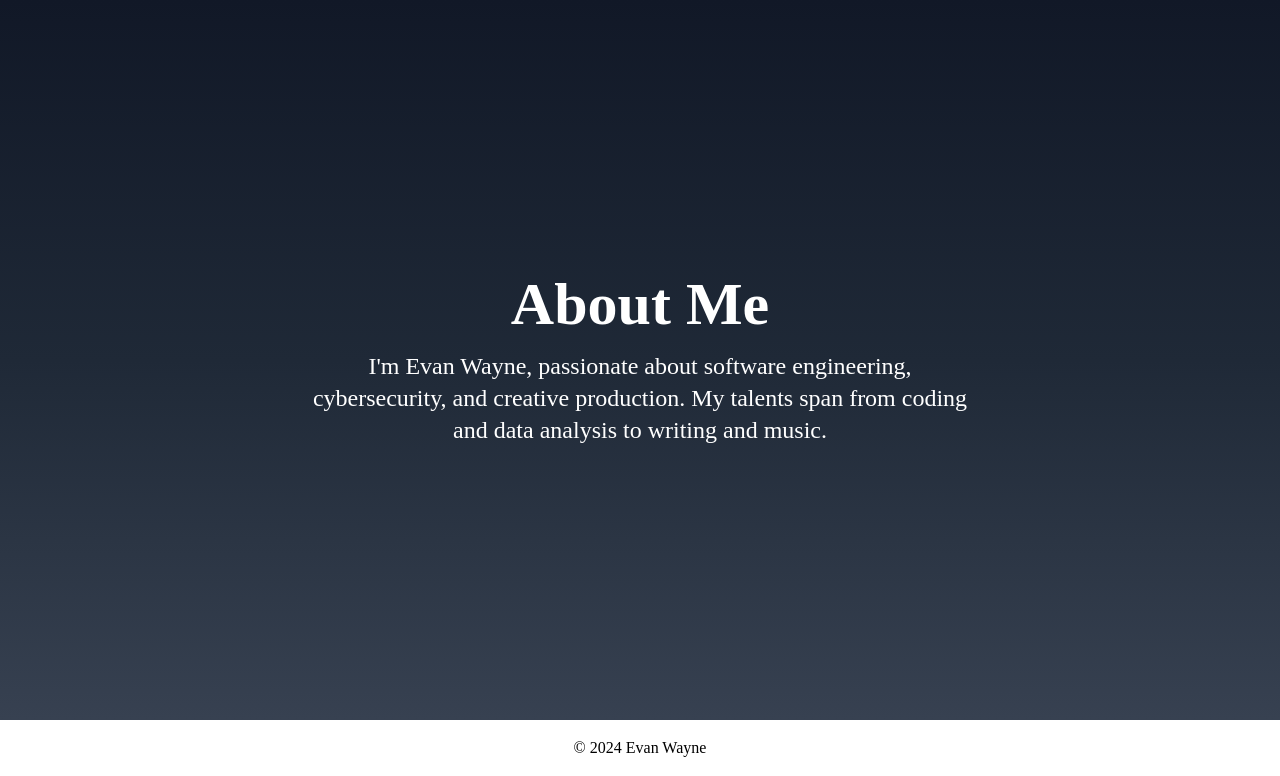
Repository: evnwyn/Evan-Wayne-s-Portfolio
Page: /about
These files come from the project's save history. The page is drawn as it stood at one moment and after the next save; the edit follows.
The browser window is 1280 px wide. The pictures show the whole page.
The project was rebuilt for these pictures with package versions that can differ from the ones it lists, and the page was loaded fresh each time. The framework's server and built-in components were replaced by stand-ins that run in the browser. Also part of the build but not shown: next.config.js.

Above is the page before, as saved 2024-10-09 20:14:59.

After the next save:
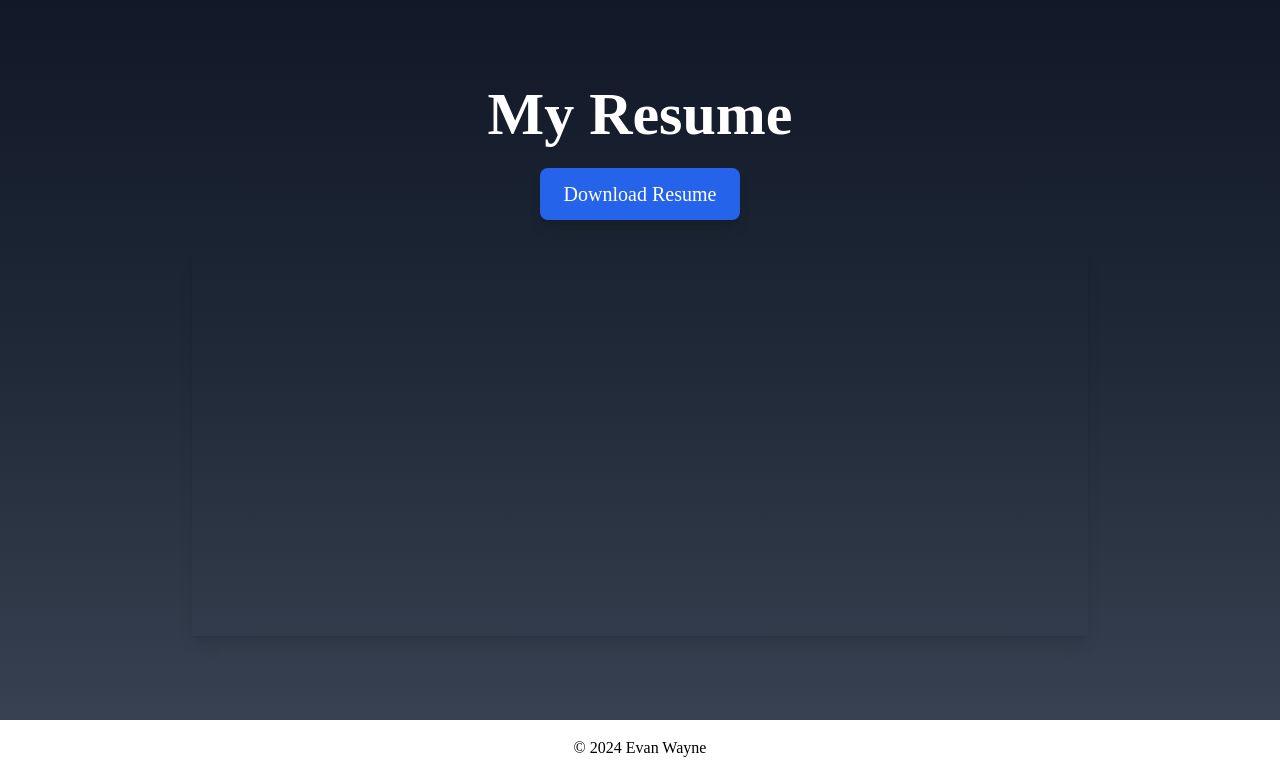
Saved 32 s later.
--- a/src/app/about/page.tsx
+++ b/src/app/about/page.tsx
@@ -1,16 +1,25 @@
-// app/about/page.tsx
+// app/resume/page.tsx
 
 import React from 'react';
 
-export default function About() {
+export default function Resume() {
   return (
     <div className="min-h-screen flex flex-col items-center justify-center p-8 bg-gradient-to-b from-gray-900 via-gray-800 to-gray-700">
-      <h1 className="text-6xl font-bold text-white mb-4 transition-all duration-500 hover:text-gray-300">
-        About Me
+      <h1 className="text-6xl font-bold text-white mb-6 transition-all duration-500 hover:text-gray-300">
+        My Resume
       </h1>
-      <p className="text-2xl text-center text-white max-w-2xl transition-all duration-500 hover:text-gray-400">
-        I'm Evan Wayne, passionate about software engineering, cybersecurity, and creative production. My talents span from coding and data analysis to writing and music.
-      </p>
+      <a
+        href="/Evan Wayne's Resume 09:10:2024.pdf" // Ensure this points to the correct resume file in the public folder
+        download
+        className="bg-blue-600 text-white text-xl px-6 py-3 rounded-lg shadow-lg transform hover:bg-blue-700 hover:scale-110 transition-transform duration-500 ease-out hover:shadow-xl"
+      >
+        Download Resume
+      </a>
+      <iframe
+        src="/Evan Wayne's Resume 09:10:2024.pdf" // Embedding the resume for inline viewing
+        className="mt-8 w-full max-w-4xl h-96 border-0 shadow-lg"
+        title="Resume PDF"
+      />
     </div>
   );
 }

After the save that followed:
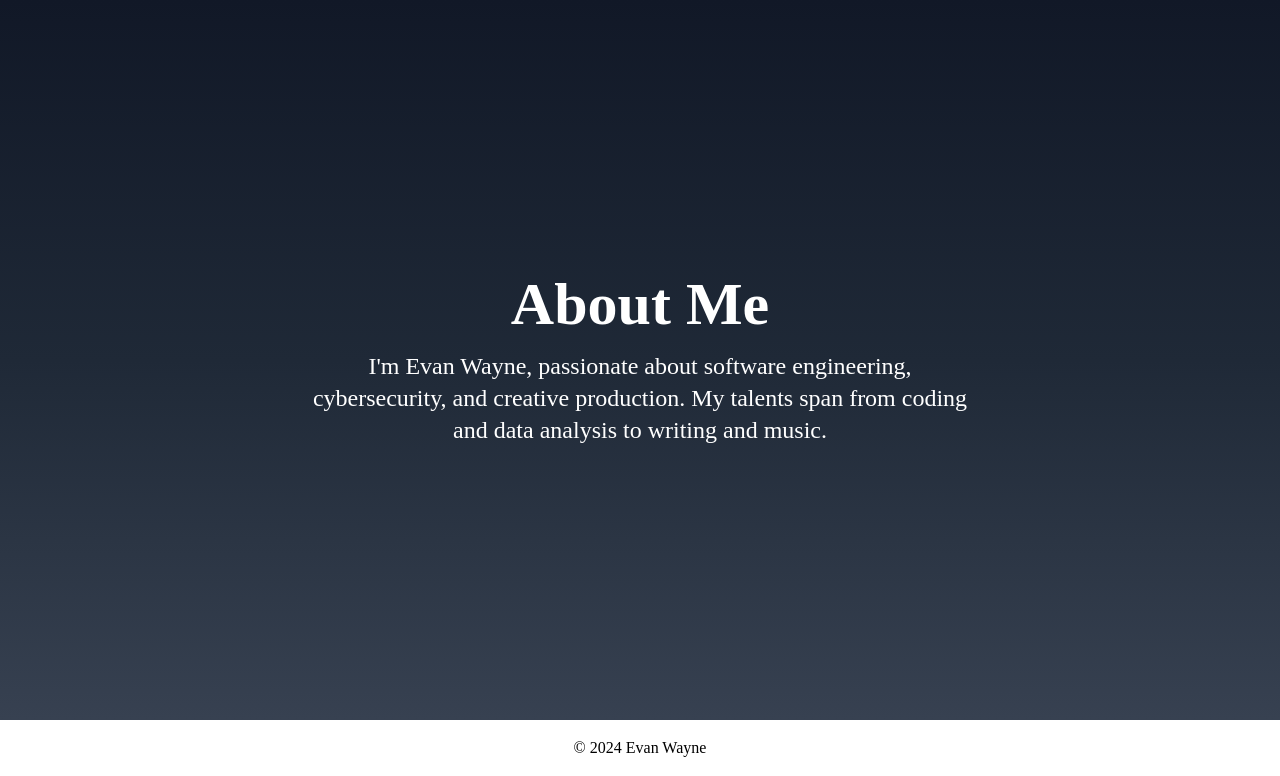
Saved 32 s later.
--- a/src/app/about/page.tsx
+++ b/src/app/about/page.tsx
@@ -1,25 +1,16 @@
-// app/resume/page.tsx
+// app/about/page.tsx
 
 import React from 'react';
 
-export default function Resume() {
+export default function About() {
   return (
     <div className="min-h-screen flex flex-col items-center justify-center p-8 bg-gradient-to-b from-gray-900 via-gray-800 to-gray-700">
-      <h1 className="text-6xl font-bold text-white mb-6 transition-all duration-500 hover:text-gray-300">
-        My Resume
+      <h1 className="text-6xl font-bold text-white mb-4 transition-all duration-500 hover:text-gray-300">
+        About Me
       </h1>
-      <a
-        href="/Evan Wayne's Resume 09:10:2024.pdf" // Ensure this points to the correct resume file in the public folder
-        download
-        className="bg-blue-600 text-white text-xl px-6 py-3 rounded-lg shadow-lg transform hover:bg-blue-700 hover:scale-110 transition-transform duration-500 ease-out hover:shadow-xl"
-      >
-        Download Resume
-      </a>
-      <iframe
-        src="/Evan Wayne's Resume 09:10:2024.pdf" // Embedding the resume for inline viewing
-        className="mt-8 w-full max-w-4xl h-96 border-0 shadow-lg"
-        title="Resume PDF"
-      />
+      <p className="text-2xl text-center text-white max-w-2xl transition-all duration-500 hover:text-gray-400">
+        I'm Evan Wayne, passionate about software engineering, cybersecurity, and creative production. My talents span from coding and data analysis to writing and music.
+      </p>
     </div>
   );
 }
